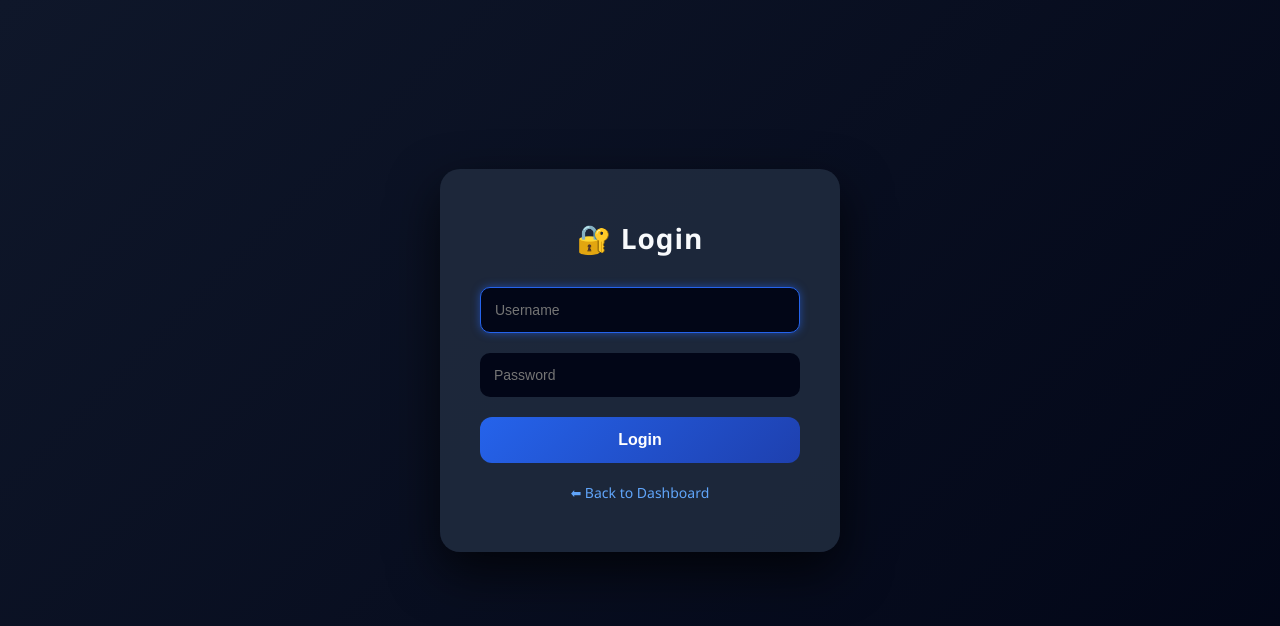
Repository: SNEHASURESH003/flight_system
Page: http://localhost/
The author's editor kept a copy of each file at every save. The page is drawn from the files as they stood at one save, then again after the next save.
The browser window is 1280 px wide. The pictures show the whole page.
The page is served by the project's application, run on Django 5.2 (manage.py).

Above is the page before, as saved 2026-01-20 01:20:35.

After the next save:
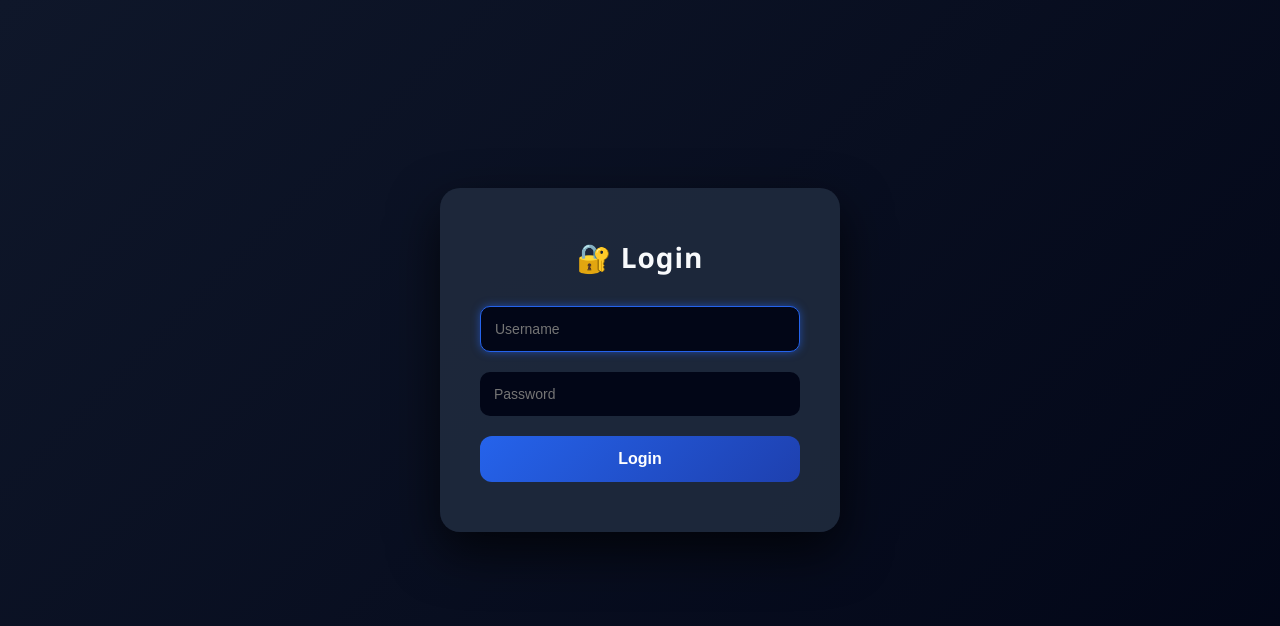
Saved 22 s later.
--- a/airport/airport_route/templates/login.html
+++ b/airport/airport_route/templates/login.html
@@ -135,9 +135,7 @@
         <button type="submit">Login</button>
     </form>
 
-    <div class="links">
-        <a href="{% url 'dashboard' %}">⬅ Back to Dashboard</a>
-    </div>
+
 </div>
 
 </body>
